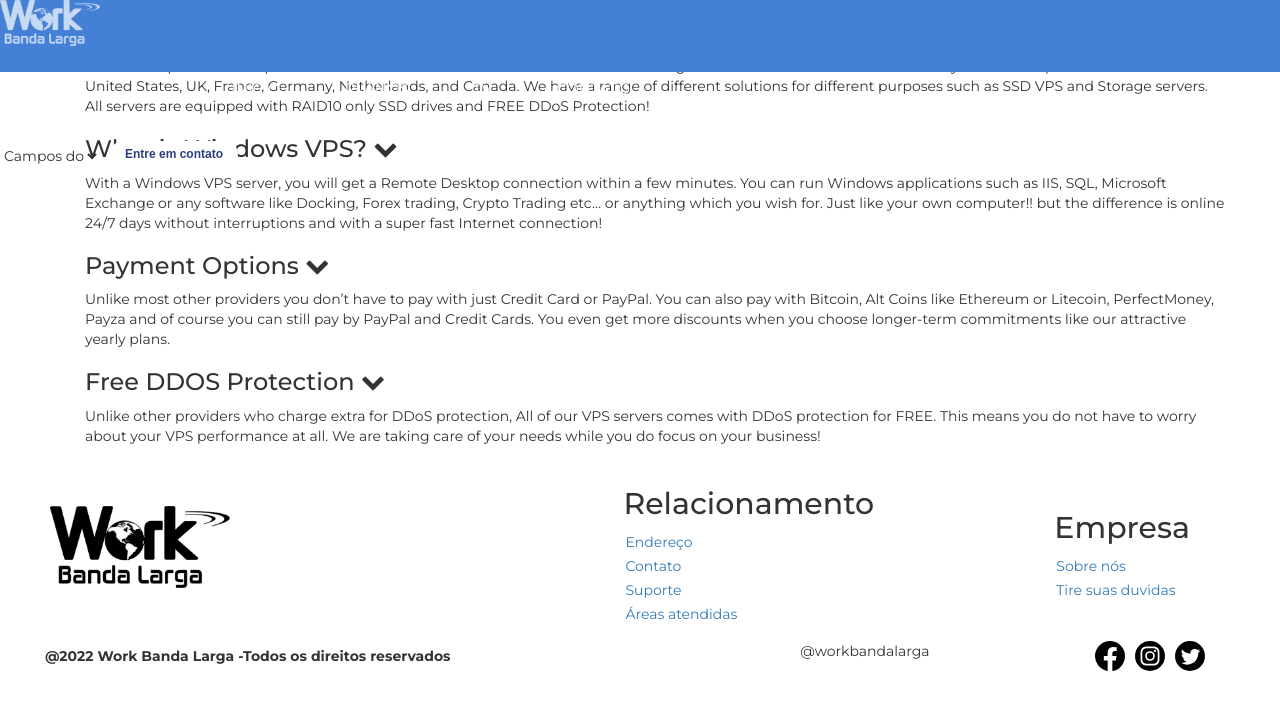
Repository: mateus-henrique-silva/WorkBandaLarga
Page: site_work/src/Pages/faq.html
These files come from the project's save history. The page is drawn as it stood at one moment and after the next save; the edit follows.
The browser window is 1280 px wide. The pictures show the whole page.
Some web fonts or font styles are not loaded; a fallback is used. Some web libraries are served in a nearby version.

Above is the page before, as saved 2022-09-20 09:58:41.
Console error: ReferenceError: $ is not defined

### site_work/src/Pages/faq.html
<!DOCTYPE html>
<html lang="en">
  <head>
    <meta charset="UTF-8" />
    <meta http-equiv="X-UA-Compatible" content="IE=edge" />
    <meta name="viewport" content="width=device-width, initial-scale=1.0" />
    <link rel="stylesheet" href="../CSS/Main/MainFaq/style.css" />
    <link rel="stylesheet" href="../CSS/Global.css" />
    <link rel="stylesheet" href="../CSS/Header/style.css" />
    <link rel="stylesheet" href="../CSS/Footer/Style.css" />
    <link rel="stylesheet" href="https://maxcdn.bootstrapcdn.com/font-awesome/4.7.0/css/font-awesome.min.css">
 <link href="https://maxcdn.bootstrapcdn.com/bootstrap/3.3.7/css/bootstrap.min.css" rel="stylesheet">


    <title>Document</title>
  </head>
  <body>
    <header>
      <nav>
        <a class="logo"
          ><img src="../Assets/logo-branca.png" width="100" alt=""
        /></a>
        <div class="mobile-menu">
          <div class="line1"></div>
          <div class="line2"></div>
          <div class="line3"></div>
        </div>
        <ul class="nav-list">
          <li><a href="#">Inicio</a></li>
          <li><a href="#planos">Planos</a></li>
          <li><a href="#tv">TV</a></li>
          <li><a href="#container"> Contato</a></li>
          <li>
            <select
              style="margin: 5px; margin-left: 0"
              name="cars"
              id="city"
              onChange="update()"
            >
              <option value="1">Campos dos Goytacazes</option>
              <option value="2">Conceição de Macabu</option>
              <option value="3">Quissamã</option>
              <option value="4">São João da Barra</option>
            </select>
          </li>
        </ul>
        <ul style="display: flex">
          <select
            style="margin: 5px; margin-left: 0"
            name="cars"
            id="city"
            onChange="update()"
          >
            <option value="1">Campos dos Goytacazes</option>
            <option value="2">Conceição de Macabu</option>
            <option value="3">Quissamã</option>
            <option value="4">São João da Barra</option>
          </select>
          <li style="list-style: none; font-size: 10px; margin: 5px">
            <a
              href="#"
              style="
                font-size: 12px;

                font-family: arial;
                color: white;
              "
              onclick="openForm()"
              class="contact-header"
              >Entre em contato</a
            >
          </li>
        </ul>
      </nav>
    </header>
    <main>
      <section id="faq">
        <div class="container faq">
          <div class="container">
            <div class="row">
              <div class="col-sm-12">
                <div class="accordions">
                  <div class="accordion-item">
                    <div class="accordion-title" data-tab="item1">
                      <h3>Why FutureRDP? <i class="fa fa-chevron-down"></i></h3>
                    </div>
                    <div class="accordion-content" id="item1">
                      <p>
                        FutureRDP provides cheap and affordable Linux and
                        Windows VPS servers and storage solution since 2008 for
                        more than 11 years in multiple locations such as the
                        United States, UK, France, Germany, Netherlands, and
                        Canada. We have a range of different solutions for
                        different purposes such as SSD VPS and Storage servers.
                        All servers are equipped with RAID10 only SSD drives and
                        FREE DDoS Protection!
                      </p>
                    </div>
                  </div>

                  <div class="accordion-item">
                    <div class="accordion-title" data-tab="item2">
                      <h3>
                        What is Windows VPS? <i class="fa fa-chevron-down"></i>
                      </h3>
                    </div>
                    <div class="accordion-content" id="item2">
                      <p>
                        With a Windows VPS server, you will get a Remote Desktop
                        connection within a few minutes. You can run Windows
                        applications such as IIS, SQL, Microsoft Exchange or any
                        software like Docking, Forex trading, Crypto Trading
                        etc… or anything which you wish for. Just like your own
                        computer!! but the difference is online 24/7 days
                        without interruptions and with a super fast Internet
                        connection!
                      </p>
                    </div>
                  </div>

                  <div class="accordion-item">
                    <div class="accordion-title" data-tab="item3">
                      <h3>
                        Payment Options <i class="fa fa-chevron-down"></i>
                      </h3>
                    </div>
                    <div class="accordion-content" id="item3">
                      <p>
                        Unlike most other providers you don’t have to pay with
                        just Credit Card or PayPal. You can also pay with
                        Bitcoin, Alt Coins like Ethereum or Litecoin,
                        PerfectMoney, Payza and of course you can still pay by
                        PayPal and Credit Cards. You even get more discounts
                        when you choose longer-term commitments like our
                        attractive yearly plans.
                      </p>
                    </div>
                  </div>

                  <div class="accordion-item">
                    <div class="accordion-title" data-tab="item4">
                      <h3>
                        Free DDOS Protection <i class="fa fa-chevron-down"></i>
                      </h3>
                    </div>
                    <div class="accordion-content" id="item4">
                      <p>
                        Unlike other providers who charge extra for DDoS
                        protection, All of our VPS servers comes with DDoS
                        protection for FREE. This means you do not have to worry
                        about your VPS performance at all. We are taking care of
                        your needs while you do focus on your business!
                      </p>
                    </div>
                  </div>
                </div>
              </div>
            </div>
          </div>
        </div>
      </section>
    </main>
    <footer>
      <section>
        <div class="img-footer">
          <img src="../Assets/images/logo-preta.png" alt="" srcset="" />
        </div>
        <div class="link-footer">
          <div class="text-one">
            <h2>Relacionamento</h2>
            <a href="#map">Endereço</a>
            <a href="">Contato</a>
            <a href="">Suporte</a>
            <a href="">Áreas atendidas</a>
          </div>
          <div class="text-two">
            <h2>Empresa</h2>
            <a href="">Sobre nós</a>
            <a href="">Tire suas duvidas</a>
          </div>
        </div>
      </section>
      <section style="height: 5vh; display: flex; align-items: center">
        <div class="text-three">
          <strong>@2022 Work Banda Larga -Todos os direitos reservados </strong>
        </div>
        <div class="text-four">
          <p>@workbandalarga</p>
          <div class="social">
            <img src="../Assets/images/logo facebook.svg" alt="facebook" />
            <img src="../Assets/images/logo instagram.svg" alt="instagram" />
            <img src="../Assets/images/logo twitter.svg" alt="twitter" />
          </div>
        </div>
      </section>
    </footer>
    <script src="../Scripts/Menu/script.js"></script>
    <script type="text/javascript">
      $(document).ready(function () {
        $(".accordion-title").click(function (e) {
          var accordionitem = $(this).attr("data-tab");
          $("#" + accordionitem)
            .slideToggle()
            .parent()
            .siblings()
            .find(".accordion-content")
            .slideUp();

          $(this).toggleClass("active-title");
          $("#" + accordionitem)
            .parent()
            .siblings()
            .find(".accordion-title")
            .removeClass("active-title");

          $("i.fa-chevron-down", this).toggleClass("chevron-top");
          $("#" + accordionitem)
            .parent()
            .siblings()
            .find(".accordion-title i.fa-chevron-down")
            .removeClass("chevron-top");
        });
      });
    </script>
  </body>
</html>

### site_work/src/CSS/Global.css
@import url("https://fonts.googleapis.com/css2?family=Cinzel:wght@400;500;600;700;800;900&family=Montserrat:ital,wght@0,100;0,200;0,300;0,400;0,500;0,600;0,700;0,800;0,900;1,100;1,200;1,300;1,400;1,500;1,600;1,700;1,800;1,900&family=Roboto:ital,wght@0,300;0,400;0,500;0,700;0,900;1,100;1,300;1,400;1,500;1,700;1,900&display=swap");

* {
  margin: 0;
  padding: 0;
  border: 0;
  font-family: "Montserrat", sans-serif;
}

section {
  width: 100%;
  max-width: 100vw;
}

ul {
  list-style: none;
}
span {
  color: #67aee9;
}

html {
  scroll-behavior: smooth;
}

### site_work/src/CSS/Header/style.css
header {
  width: 100%;
  background-color: #4480d5;
  margin-top: 0;
}
a {
  color: black;
  text-decoration: none;
  transition: 0.3s;
}

a:hover {
  opacity: 0.7;
}

.logo {
  align-items: center;
  width: 15%;

  text-transform: uppercase;
  letter-spacing: 4px;
}

.logo h1 {
  font-size: 12px;
}

nav {
  display: flex;
  z-index: 1000;
  position: fixed !important;
  width: 100%;
  margin-top: 0;

  justify-content: space-around;
  align-items: center;
  background-color: #4480d5;
  height: 10vh;
}

.nav-list {
  justify-content: center;
  align-items: center;
  list-style: none;
  width: 62%;
  display: flex;
  z-index: 1;
}
.nav-list li:last-child {
  margin-right: -100px !important;
}
/* .nav-list li:last-child {
  padding: 10px 20px 10px;
  border: 1px solid #ffffff;
  border-radius: 5px;
  transition: 1s !important;
} */

/* .nav-list li:last-child:hover {
  border: 1px solid #d81f26;
} */
.nav-list li {
  letter-spacing: 0px;
  font-size: 12px;
  text-transform: uppercase;
  margin: 32px;
}
.nav-list li a {
  color: white;
  font-size: 15px;
}
.nav-list li a:hover {
  opacity: 0.5;
}
/* .nav-list li a:last-child:hover {
  color: #ffffffff;
} */

.mobile-menu {
  display: none;
  margin-left: 80px;
  cursor: pointer;
}

.mobile-menu div {
  transition: 0.3s;

  width: 32px;
  height: 2px;
  background: white;
  margin: 8px;
}

@media (max-width: 950px) {
  body {
    overflow-x: hidden;
  }

  .nav-list li:last-child {
    padding: 0;
    border: 0;
    border-radius: 0;
    transition: 1s !important;
  }

  .nav-list li:last-child:hover {
    border: 0;
  }

  .nav-list {
    position: absolute;
    top: 7vh;
    right: 0;
    width: 100vw;
    height: 100vh;
    background-color: white;
    flex-direction: column;
    color: white;
    /* align-items: center; */
    display: none;
    justify-content: flex-start;
    transition: 0.4s ease-in;
    /* justify-content: space-around; */
    transform: translateX(100%);
  }

  .nav-list li {
    margin-top: 100px;
    margin-left: 0;
    opacity: 0;
    margin: 30px;
    margin-left: 0px;
  }
  nav li select {
    color: white;
    font-weight: bold;
    font-size: 15px;
    width: 100%;
  }

  .mobile-menu {
    display: block;
  }
  .contact-header {
    display: none;
  }

  .logo {
    margin-left: 10px;
    width: 60%;
  }
  /* nav {
    flex-direction: row-reverse;
    display: flex;
    justify-content: space-around;
  } */
  .logo img {
    width: 80px !important;
  }
}

.nav-list.active {
  transition: 0.3s;
  overflow-y: hidden;
  position: fixed;
  z-index: 10000;
  align-items: center;
  background-color: #4480d5;
  transform: translateX(0);
  display: flex;
}

.nav-list.active li {
  color: white !important;
  font-weight: bold;
  margin-right: 0px !important;
}

.nav-list.active li {
  color: white;
}

@keyframes navLinkFade {
  from {
    opacity: 0;
    transform: translateX(50px);
  }

  to {
    opacity: 1;
    transform: translateX(0);
  }
}
/* .line1 {
  width: 40px !important;
}
.line3 {
  width: 30px !important;
} */
.mobile-menu.active .line1 {
  transform: rotate(-45deg) translate(-8px, 8px);
}

.mobile-menu.active .line2 {
  opacity: 0;
}

.mobile-menu.active .line3 {
  transform: rotate(45deg) translate(-5px, -7px);
}

select {
  width: 100px;
  background-color: transparent;
  font-weight: bold;
  border: none;

  color: #2c3e80;
  cursor: pointer;
}
select option {
  background-color: transparent;
}
@media (max-width: 999px) {
  select {
    display: none;
  }
  .nav-list select {
    display: block !important;
  }
}

.nav-list select {
  display: none;
}
.contact-header {
  background-color: white;
  padding: 6px 15px 6px;
  color: #2c3e80 !important;
  font-weight: bold;
  border-radius: 20px;
  margin-right: 0px;
}

### site_work/src/CSS/Footer/Style.css
footer {
  width: 100%;

  height: 100%;
}
footer section .img-footer img {
  width: 180px;
  margin: 50px;
}
footer section .img-footer {
  width: 50%;
}

footer section {
  display: flex;
}
.link-footer {
  width: 70%;

  display: flex;
  align-items: center;
  justify-content: space-around;
}

footer .text-one {
  display: flex;
  flex-direction: column;
}
footer .text-two {
  display: flex;
  flex-direction: column;
}

footer .text-one a {
  margin: 2px;
}
footer .text-two a {
  margin: 2px;
}
.social {
  display: flex;
  justify-content: space-around;
}
.social img {
  margin: 5px;
  margin-top: 0;
  margin-bottom: 0;
  cursor: pointer;
}
.text-four {
  width: 50%;
  justify-content: space-evenly;
  display: flex;
}
.text-three strong {
  margin-left: 45px;
}
.text-three {
  width: 50%;
}
@media (max-width: 900px) {
  .img-footer {
    width: 100% !important;
    display: flex;
    justify-content: center;
  }
  .img-footer img {
    width: 100px !important;
    margin: 20px !important;
  }
  .link-footer {
    width: 100% !important;
  }
  footer section {
    display: flex;
    flex-direction: column;
    align-items: center;
  }
  .text-three strong {
    margin-left: 0;
    width: 100%;
    text-align: center;
    font-size: 10px;
  }
  .text-three {
    width: 100%;
    display: flex;
    align-items: center;
    height: 50px;
  }
  .text-four {
    width: 100%;
    justify-content: space-around;
  }
  .text-one h2 {
    font-size: 15px;
  }

  .text-two h2 {
    font-size: 15px;
  }
  .text-one a {
    font-size: 12px;
  }
  .text-two a {
    font-size: 12px;
  }
  .text-four p {
    font-size: 15px;
  }
  .text-four .social {
    margin-right: 30px;
  }
}

### site_work/src/Scripts/Menu/script.js
class MobileNavbar{


    constructor(mobileMenu, navList, navLinks){
        this.mobileMenu = document.querySelector(mobileMenu);
        this.navList = document.querySelector(navList);
        this.navLinks = document.querySelectorAll(navLinks);
        this.activeClass = "active";
        this.hadleClick =  this.hadleClick.bind(this);


    }

    animateLinks(){
        this.navLinks.forEach((link, index)=>{

            var calc = index/7+0.3;


            link.style.animation
            ?(link.style.animation="")
            :(link.style.animation= `navLinkFade 0.5s ease forwards ${calc}s`);


        });


    }


    hadleClick(){


        this.navList.classList.toggle(this.activeClass);
        this.mobileMenu.classList.toggle(this.activeClass);
        this.animateLinks();
    }

    addClickEvent(){
        this.mobileMenu.addEventListener("click", this.hadleClick);


    }

    init(){

        if(this.mobileMenu){

            this.addClickEvent();
        }
        return this;
    }
    }



    const mobileNavbar = new MobileNavbar(

        ".mobile-menu",

        ".nav-list",

        ".nav-list li",


        );


    mobileNavbar.init();

Loaded but not shown: site_work/src/CSS/Main/MainFaq/style.css (no stored copy; drawn as an empty file)

After the next save:
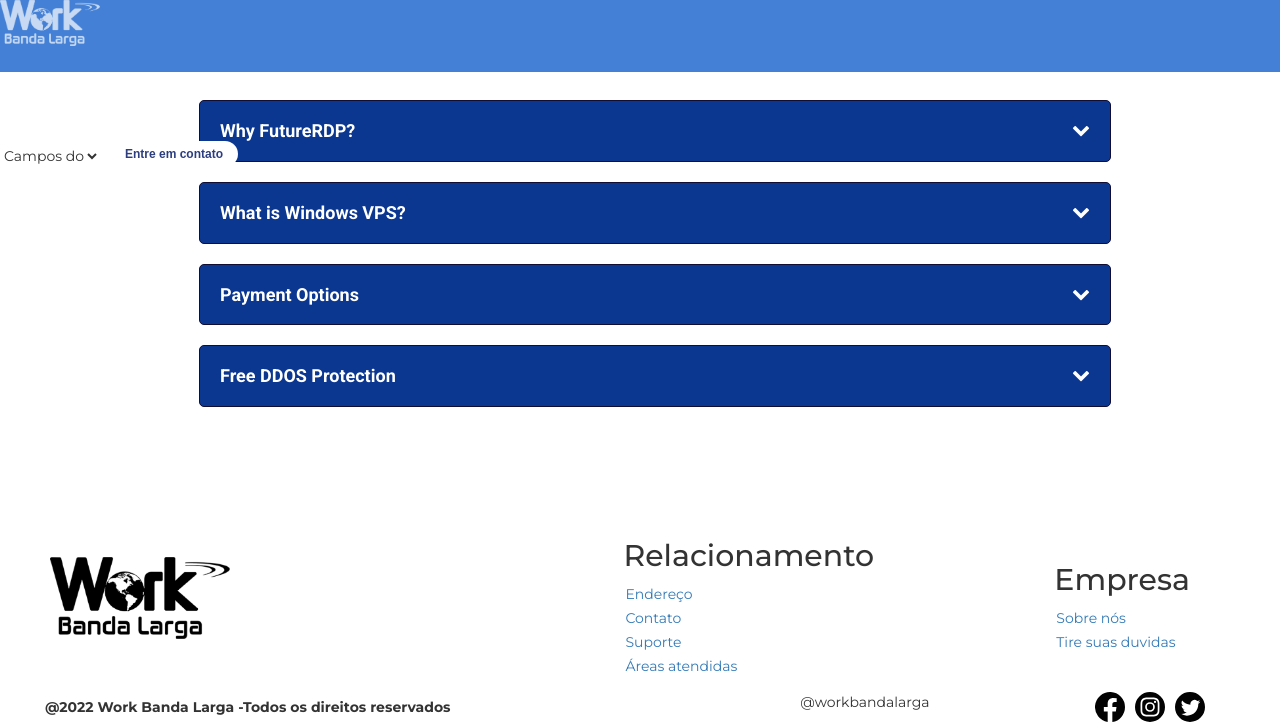
The error is gone.
Saved 12 s later.
--- a/site_work/src/Pages/faq.html
+++ b/site_work/src/Pages/faq.html
@@ -10,7 +10,110 @@
     <link rel="stylesheet" href="../CSS/Footer/Style.css" />
     <link rel="stylesheet" href="https://maxcdn.bootstrapcdn.com/font-awesome/4.7.0/css/font-awesome.min.css">
  <link href="https://maxcdn.bootstrapcdn.com/bootstrap/3.3.7/css/bootstrap.min.css" rel="stylesheet">
-
+ <script src="https://ajax.googleapis.com/ajax/libs/jquery/1.11.1/jquery.min.js" charset="utf-8"></script>
+ <style media="screen">
+
+ .accordions {
+ width: 80%;
+ margin: 100px auto;
+ }
+
+ .accordions h3 {
+ text-align: center;
+ font-family: "Roboto", sans-serif;
+ font-weight: bold;
+ }
+
+ .accordion-item {
+ background-color: #0b3791;
+ margin-bottom: 20px;
+ border: 1px solid #100e34;
+ border-radius: 5px;
+ color: #ffffff;
+ }
+
+ .accordion-item .accordion-title {
+ cursor: pointer;
+ padding: 20px;
+ transition: transform 0.4s ease-in-out;
+ }
+
+ .accordion-item .accordion-title.active-title {
+ background-color: #100e34;
+ color: #ffffff;
+ }
+
+ .accordion-item .accordion-title h3 {
+ font-weight: 700;
+ margin: 0;
+ font-size: 18px;
+ display: flex;
+ justify-content: space-between;
+ font-weight: bold;
+ }
+
+ .accordion-item .accordion-title i.fa-chevron-down {
+ transform: rotate(0);
+ transition: 0.4s;
+ }
+
+ .accordion-item .accordion-title i.fa-chevron-down.chevron-top {
+ transform: rotate(-180deg);
+ color: #fa5019;
+ }
+
+ .accordion-item .accordion-content {
+ display: none;
+ line-height: 1.7;
+ padding: 20px;
+ background-color: #ffffff;
+ border-radius: 0 0 5px 5px;
+ color: #100e34;
+ }
+
+ .accordion-item .accordion-content.active {
+ display: block;
+ }
+
+ .accordion-item .accordion-content p {
+ margin: 0;
+ font-family: "Nunito Sans", sans-serif;
+ font-size: 16px;
+ }
+
+ .details {
+ background: #dce1f2;
+ }
+
+ .details .detailed_info {
+ margin: 50px auto;
+ }
+
+ .details img {
+ margin: 0 auto;
+ display: block;
+ /* margin-top: 120px; */
+ }
+
+ .details h3 {
+ font-family: "Poppins", sans-serif;
+ font-weight: bold;
+ font-size: 20px;
+ }
+
+ .details p {
+ font-family: "Nunito Sans", sans-serif;
+ font-size: 16px;
+ line-height: 1.5em;
+ }
+
+ .details ul li {
+ font-family: "Nunito Sans", sans-serif;
+ font-size: 16px;
+ line-height: 1.7em;
+ }
+
+ </style>
 
     <title>Document</title>
   </head>
